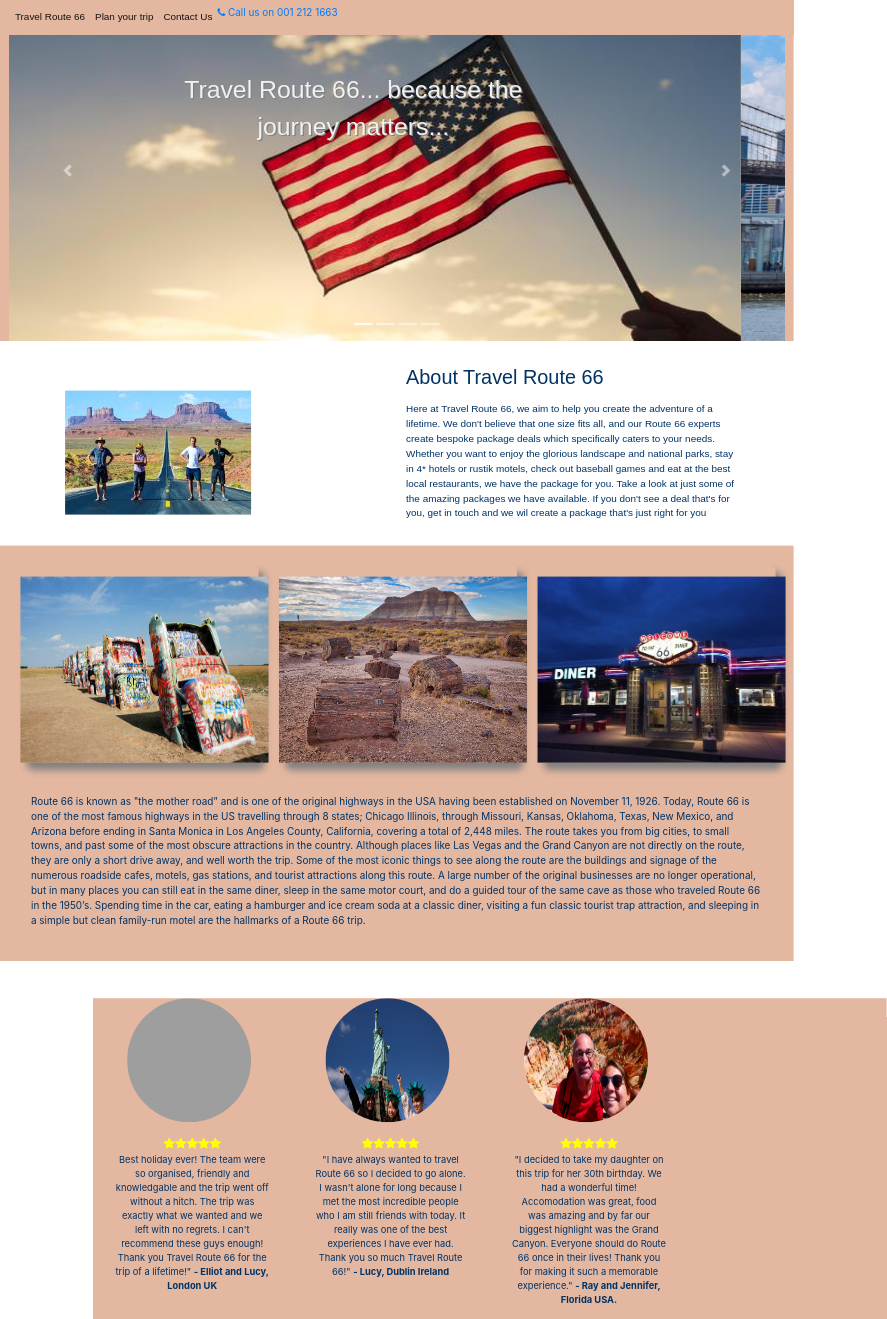
Repository: Code-Institute-Submissions/Javascript-milestone-project-2
Page: index.html
The author's editor kept a record of every edit. The page is drawn from the files as they stood at one moment, then again after the next edit.
The browser window is 1280 px wide. The page is 1430 px wide, then 1280 px, so the pictures cover 1430 px, including what lies to the right of the window. The pictures show the whole page, at 62% of full size.
Pictures or frames that could not be fetched are drawn as grey boxes. Some web fonts or font styles are not loaded; a fallback is used. Some web libraries are served in a nearby version.

Above is the page before.

### index.html
<!DOCTYPE html>
<html lang="en">

<head>
    <meta charset="UTF-8">
    <meta name="viewport" content="width=device-width, initial-scale=1.0">
    <meta http-equiv="X-UA-Compatible" content="ie=edge">
    <link rel="stylesheet" href="https://stackpath.bootstrapcdn.com/bootstrap/4.3.1/css/bootstrap.min.css" type="text/css" />
    <link rel="stylesheet" href="https://cdnjs.cloudflare.com/ajax/libs/hover.css/2.3.1/css/hover-min.css" type="text/css" />
    <link rel="stylesheet" href="https://stackpath.bootstrapcdn.com/font-awesome/4.7.0/css/font-awesome.min.css" type="text/css" />
    <link href="https://fonts.googleapis.com/css?family=Dosis&display=swap" rel="stylesheet">
    <link href="https://fonts.googleapis.com/css?family=Philosopher|Yeon+Sung|ZCOOL+XiaoWei&display=swap" rel="stylesheet">
    <link rel="stylesheet" href="css/style.css" type="text/css" />
    <title>Travel Route 66</title>
</head>

<body>

    <header>
        <nav class="navbar navbar-expand-lg navbar-light">
            <button class="navbar-toggler" type="button" data-toggle="collapse" data-target="#navbarNav" aria-controls="navbarNav" aria-expanded="false" aria-label="Toggle navigation">
    <span class="navbar-toggler-icon"></span>
  </button>
            <div class="collapse navbar-collapse" id="navbarNav">
                <ul class="navbar-nav">
                    <li class="nav-item active">
                        <a class="nav-link" href="#"><span> Travel Route 66</span></a>
                    </li>
                    <li class="nav-item active">
                        <a class="nav-link" href="#"><span>Plan your trip</span></a>
                    </li>
                    <li class="nav-item active">
                        <a class="nav-link" href="#"><span>Contact Us</span></a>
                    </li>
                    <li class="nav-item active">
                        <a class="navlink" href="#"><span><i class="fa fa-phone"></i> Call us on 001 212 1663</span></a>
                    </li>
                </ul>
            </div>
        </nav>
  <div class="container-fluid">
      <div id="myCarousel" class="carousel slide" data-ride="carousel">
          <ul class="carousel-indicators">
              <li data-target="#myCarousel" data-slide-to="0" class="active"></li>
              <li data-target="#myCarousel" data-slide-to="1"></li>
              <li data-target="#myCarousel" data-slide-to="2"></li>
              <li data-target="#myCarousel" data-slide-to="3"></li>
          </ul>
          <div class="carousel-inner">
              <div class="carousel-item active">
                  <img src="images/slide1.jpg" alt="mainimage" width="100%" height="550">
                  <div class="title">Travel Route 66... because the journey matters...</div>
              </div>
              <div class="carousel-item">
                  <img src="images/slide2.jpg" alt="highway" width="100%" height="550">
              </div>
              <div class="carousel-item">
                  <img src="images/slide3.jpg" alt="sunsetcanyon" width="100%" height="550">
              </div>
              <div class="carousel-item">
                  <img src="images/slide4.jpg" alt="signontheroad" width="100%" height="550">
              </div>
              <a class="carousel-control-prev" href="#myCarousel" data-slide="prev">
      <span class="carousel-control-prev-icon"></span>
    </a>
              <a class="carousel-control-next" href="#myCarousel" data-slide="next">
      <span class="carousel-control-next-icon"></span>
    </a>
          </div>
      </div>
  </div>
  </div>

  </header>

  <section>
    <div class="container about" style="padding-bottom: 10px;">
      <div class="row">
        <div class="col-12 col-md-6">
          <img src="images\people.jpg" alt="travelroute66" class="people">
        </div>
        <div class="col-12 col-md-6 about">
          <h2>About Travel Route 66</h2>
          <p class="people2">Here at Travel Route 66, we aim to help you create the adventure of a lifetime. We don't believe that one size fits all, and our Route 66 experts create bespoke package deals which specifically caters to your needs. Whether you want to enjoy the glorious landscape and national parks, stay in 4* hotels or rustik motels,
   check out baseball games and eat at the best local restaurants, we have the package for you. Take a look at just some of the amazing packages we have available. If you don't see a deal that's for you,
   get in touch and we wil create a package that's just right for you</p>
        </div>
      </div>
    </div>

     <div class="largebox">
    <div class="box7">
  <img src="images/attractions.jpg" alt="route66" class="attractions">
  <div class="overlay">
    <div class="text">Travel in style from Chicago to Los Angeles, passing through Missouri, Kansas, Oklahoma, Texas, New Mexico, Arizona. also known as the Will Rogers Highway, the Main Street of America or the Mother Road, was one of the original highways in the U.S. Highway System. US 66 was established on November 11, 1926.</div>
  </div>
</div>

<div class="box7">
  <img src="images/nationalparks.jpg" alt="route66" class="nationalparks">
  <div class="overlay">
    <div class="text">Travel in style from Chicago to Los Angeles, passing through Missouri, Kansas, Oklahoma, Texas, New Mexico, Arizona. also known as the Will Rogers Highway, the Main Street of America or the Mother Road, was one of the original highways in the U.S. Highway System. US 66 was established on November 11, 1926.</div>
  </div>
</div>

<div class="box7">
  <img src="images/dining.jpg" alt="route66" class="dining">
  <div class="overlay">
    <div class="text">Travel in style from Chicago to Los Angeles, passing through Missouri, Kansas, Oklahoma, Texas, New Mexico, Arizona. also known as the Will Rogers Highway, the Main Street of America or the Mother Road, was one of the original highways in the U.S. Highway System. US 66 was established on November 11, 1926.</div>
  </div>
</div>

<div class="box6">
    <p class="information">Route 66 is known as "the mother road" and is one of the original highways in the USA having been established on November 11, 1926. Today, Route 66 is one of the most famous highways in the US travelling through 8 states; Chicago Illinois, through Missouri, Kansas, Oklahoma, Texas, New Mexico, and Arizona before ending in Santa Monica in Los Angeles County, California, covering a total of 2,448 miles.
    The route takes you from big cities, to small towns, and past some of the most obscure attractions in the country. Although places like Las Vegas and the Grand Canyon are not directly on the route, they are only a short drive away, and well worth the trip. Some of the most iconic things to see along the route are the buildings and signage of the numerous roadside cafes, motels, gas stations, and tourist attractions along this route. A large number of the original businesses are no longer operational, but in many places you can still eat in the same diner, sleep in the same motor court, and do a guided tour of the same cave as those who traveled Route 66 in the 1950’s.
    Spending time in the car, eating a hamburger and ice cream soda at a classic diner, visiting a fun classic tourist trap attraction, and sleeping in a simple but clean family-run motel are the hallmarks of a Route 66 trip.</p>
</div>
</div>

<div class="container-fluid review">
        <div class="row padding">
            <div class="col-md-3 sm-2">
                <div class="review1">
                    <img class="review-img" src="images/couple.jpg">
                    <div class="card-body">
                    <div class="stars"><i class="fa fa-star"></i><i class="fa fa-star"></i><i class="fa fa-star"></i><i class="fa fa-star"></i><i class="fa fa-star"></i></div>
                      <p class="card-text">  Best holiday ever! The team were so organised, friendly and knowledgable and the trip went off without a hitch. The trip was exactly what we wanted and we left with no regrets. I can't recommend these guys enough! Thank you Travel Route 66 for the trip of a lifetime!" <strong>- Elliot and Lucy, London UK</strong></p>
                    </div>
               </div>
            </div>

<div class="col-md-3">
        <div class="review1">
            <img class="review-img" src="images/group.jpg">
               <div class="card-body">
              <div class="stars"><i class="fa fa-star"></i><i class="fa fa-star"></i><i class="fa fa-star"></i><i class="fa fa-star"></i><i class="fa fa-star"></i></div> <p class="card-text">"I have always wanted to travel Route 66 so I decided to go alone. I wasn't alone for long because I met the most incredible people who I am still friends with today. It really was one of the best experiences I have ever
           had. Thank you so much Travel Route 66!" <strong>- Lucy, Dublin Ireland</strong></p>
            </div>
        </div>
    </div>

<div class="col-md-3">
                <div class="review1">
                    <img class="review-img" src="images/dadanddaughter.jpg">
                    <div class="card-body">
                        <div class="stars"><i class="fa fa-star"></i><i class="fa fa-star"></i><i class="fa fa-star"></i><i class="fa fa-star"></i><i class="fa fa-star"></i></div>
           <p class="card-text">"I decided to take my daughter on this trip for her 30th birthday. We had a wonderful time! Accomodation was great, food was amazing and by far our biggest highlight was the Grand Canyon. Everyone should do Route 66 once in their lives! Thank you for making it such a memorable experience." <strong>- Ray and Jennifer, Florida USA.</strong></p>
                    </div>
                </div>
            </div>
       </div>
  </section>


    <script src="https://code.jquery.com/jquery-3.2.1.slim.min.js" integrity="sha384-KJ3o2DKtIkvYIK3UENzmM7KCkRr/rE9/Qpg6aAZGJwFDMVNA/GpGFF93hXpG5KkN" crossorigin="anonymous"></script>
    <script src="https://cdnjs.cloudflare.com/ajax/libs/popper.js/1.12.9/umd/popper.min.js" integrity="sha384-ApNbgh9B+Y1QKtv3Rn7W3mgPxhU9K/ScQsAP7hUibX39j7fakFPskvXusvfa0b4Q" crossorigin="anonymous"></script>
    <script src="https://maxcdn.bootstrapcdn.com/bootstrap/4.0.0/js/bootstrap.min.js" integrity="sha384-JZR6Spejh4U02d8jOt6vLEHfe/JQGiRRSQQxSfFWpi1MquVdAyjUar5+76PVCmYl" crossorigin="anonymous"></script>
</body>

</html>

### css/style.css

/* ---------------------------------------------------home.html */


.homeimage {
    width: 100%;
}

.centered {
  position: absolute;
  top: 40%;
  left: 50%;
  transform: translate(-50%, -100%);
  color: #f0f1f2;
  font-family: 'Poppins', sans-serif;
  font-size: 70px;
  background: rgba(0, 0, 0, 0);
  text-shadow: 2px 2px grey;
  text-align: center;

}

.centered2 {
   position: absolute;
  top: 60%;
  left: 50%;
  transform: translate(-50%, -100%);
  color: #f0f1f2;
  font-family: 'Poppins', sans-serif;
  font-size: 40px;
  background: rgba(0, 0, 0, 0);
  text-shadow: 2px 2px grey;
  text-align: center;
}

#homebutton {
    background-color: #FF7F50;
    text-align: center;
    margin-right: 40px;
    font-size: 20px;
    margin-top: 20px;
    border-radius: 30px;
}


/* ---------------------------------------------------navbar */


.navbar {
    margin: 0;
    border: 0;
    background-color: #e3b7a0;
    color: #003366;
    position: fixed;
    z-index: 10;
    width: 100%;

}

.nav-link {
     font-family: 'Poppins', sans-serif;
      color: #003366;
}



/* ---------------------------------------------------Image Carousel */

.carousel-inner img {
      width: 100%;
}

#myCarousel {
    margin: 0;
    padding: 0;
}

.carousel-item {
      position: relative;
      margin-right: -100%;
      width: 100%;
}

.carousel-caption {
     text-align: center;
     color: #FFc107;
     font-weight: 700;
     padding-bottom: 100px;
     margin-bottom: 30px;
}

.container-fluid {
    background-color: #e3b7a0;
}




/* ---------------------------------------------------Title across image carousel */



.title {
   position: absolute;
  top: 60%;
  left: 50%;
  transform: translate(-50%, -180%);
  color: #f0f1f2;
  font-family: 'Poppins', sans-serif;
  font-size: 40px;
  background: rgba(0, 0, 0, 0);
  text-shadow: 2px 2px grey;
  text-align: center;
}



/* ---------------------------------------------------About Travel Route 66 section */


#about {
    background-color: #fcfcfc;
    padding-top: 60px;
    padding-bottom: 20px;
}


.people {
    margin-top: 80px;
    margin-left: 20px;
    width: 300px;
    height: 200px;
    margin-bottom: 30px;
}


h2 {
    margin-top: 40px;
    font-family: 'Poppins', sans-serif;
    color: #003366;
}

.people2 {
    margin-top: 20px;
    font-family: 'Poppins', sans-serif;
    color: #003366;
}

/* ---------------------------------------------------image cards that fade to text and paragraph of text below */


.box7 {
  float: left;
  position: relative;
  width: 30%;
  text-align: center;
  border-radius: 10px;
  box-shadow: 10px 12px 12px grey;
  margin-left: 33px;

}

.attractions {
  display: block;
  width: 400px;
  height: 300px;
  margin-top: 20px;

}

.nationalparks {
  display: block;
  width: 400px;
  height: 300px;
  margin-top: 20px;

}

.dining {
  display: block;
  width: 400px;
  height: 300px;
  margin-top: 20px;

}

.overlay {
  position: absolute;
  top: 0;
  bottom: 0;
  left: 0;
  right: 0;
  height: 100%;
  width: 100%;
  opacity: 0;
  transition: .5s ease;
  background-color:  #e3b7a0;

}

.box7:hover .overlay {
  transition-timing-function: ease-in-out;
  opacity: 1;


}

.text {
  color: #003366;
  font-size: 15px;
  font-family: 'Poppins', sans-serif;
  position: absolute;
  top: 50%;
  left: 50%;
  -webkit-transform: translate(-50%, -50%);
  -ms-transform: translate(-50%, -50%);
  transform: translate(-50%, -50%);
  text-align: center;
  padding-top: 10px;
}


.largebox {
    box-sizing: border-box;
    height: 670px;
    width: 100%;
    background-color:  #e3b7a0;
    padding-top: 30px;
    margin-top: 10px;

}

.information {
    padding-top: 370px;
    padding-left: 50px;
    padding-right: 50px;
    color: #003366;
}



/* ---------------------------------------------------Reviews */


 p.card-text {
   font-size: 15px;
   color: #003366;
 }


.card-body {
 text-align: center;

}

.review {
    margin-top: 40px;
    margin-left: 150px;
}

.stars {
    color: yellow;
    font-size: 20px;
}





  .review-img {

      height: 200px;
      width: 200px;
      margin-top: 0;
      border-radius: 50%;
      text-align: center;
      margin-left: 40px;

  }


  p.card-text {
   font-size: 15px;

  }



.card-body {
 text-align: center;

}

.review {
    margin-top: 60px;

}








/* ---------------------------------------------------radio buttons and selections */










/* ---------------------------------------------------Google Map */







/* ---------------------------------------------------cards with package deals */








/* ---------------------------------------------------Footer */

After the next edit:
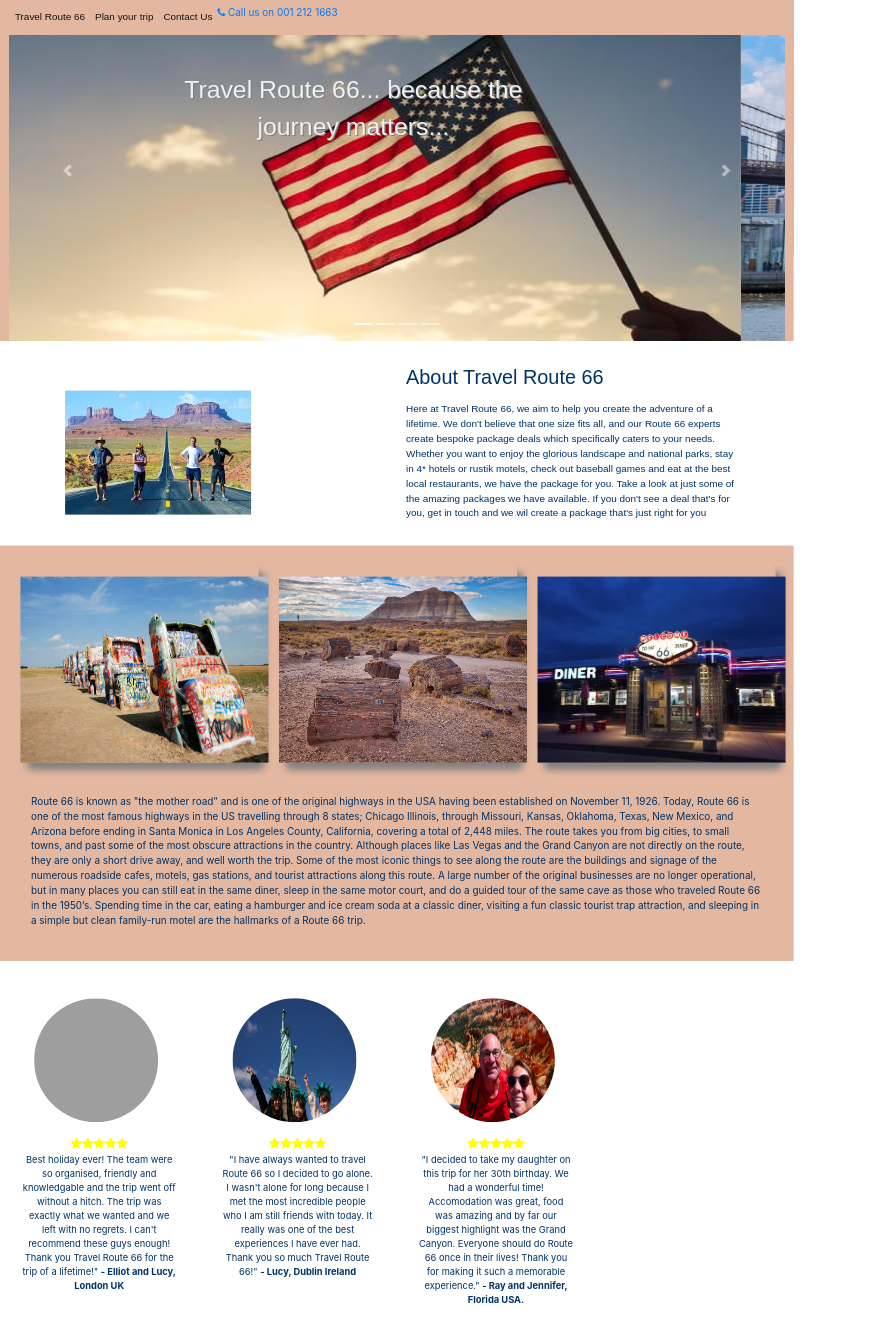
The edit:
--- a/css/style.css
+++ b/css/style.css
@@ -255,7 +255,7 @@
 
 .review {
     margin-top: 40px;
-    margin-left: 150px;
+    background-color: white;
 }
 
 .stars {
